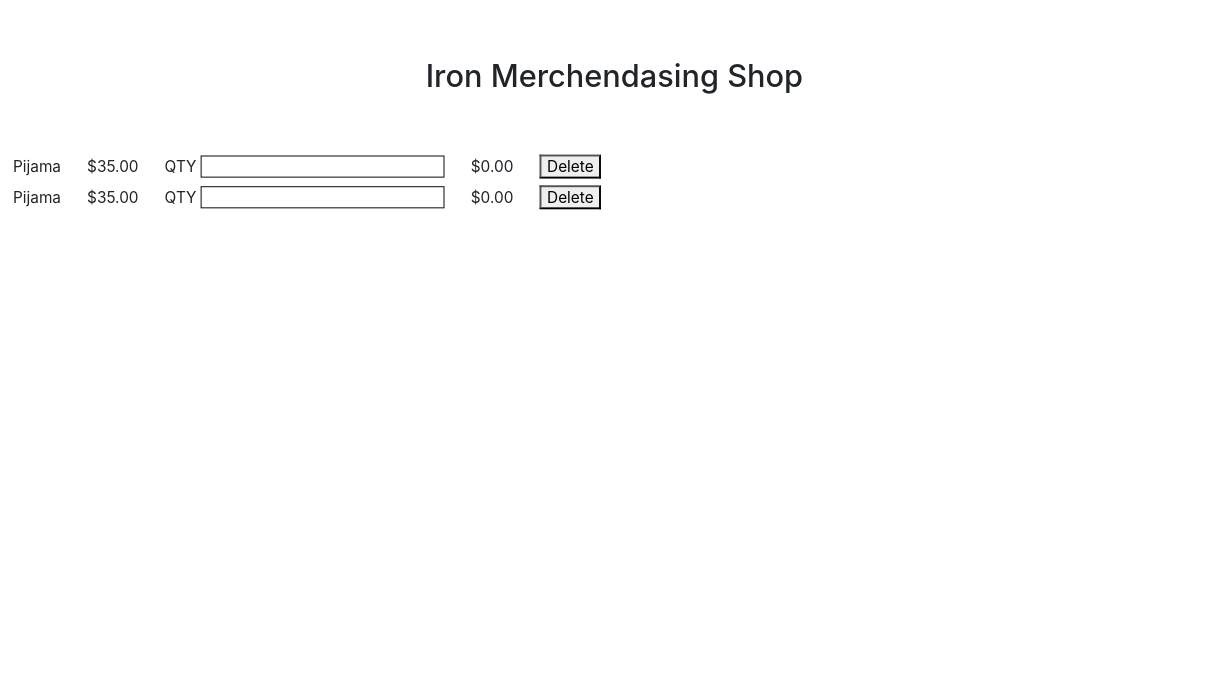
Repository: konstantin0s/lab-cart-DOM
Page: index.html
The author's editor kept a copy of each file at every save. The page is drawn from the files as they stood at one save, then again after the next save.
The browser window is 1280 px wide. The pictures show the whole page, at 96% of full size.
Some web libraries are served in a nearby version.

Above is the page before, as saved 2019-02-03 09:15:03.
Console error: TypeError: Cannot read properties of null (reading 'addEventListener')

After the next save:
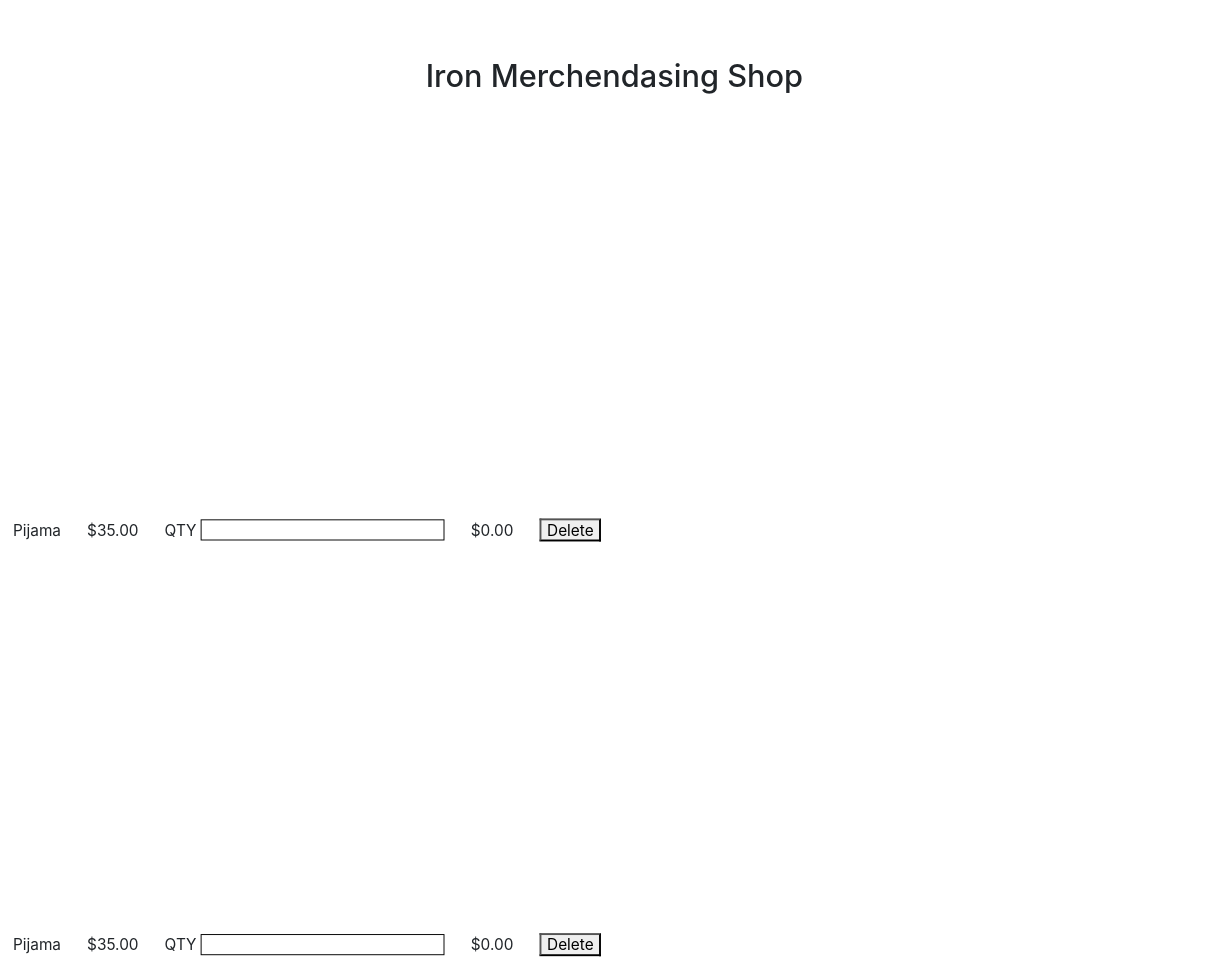
Saved 23 s later.
--- a/css/style.css
+++ b/css/style.css
@@ -51,7 +51,7 @@
   flex-direction: row;
   justify-content: space-around;
   width: 50%;
-  left: 400px;
+  margin-top: 400px;
 }
 
 .cost-1 {

After the save that followed:
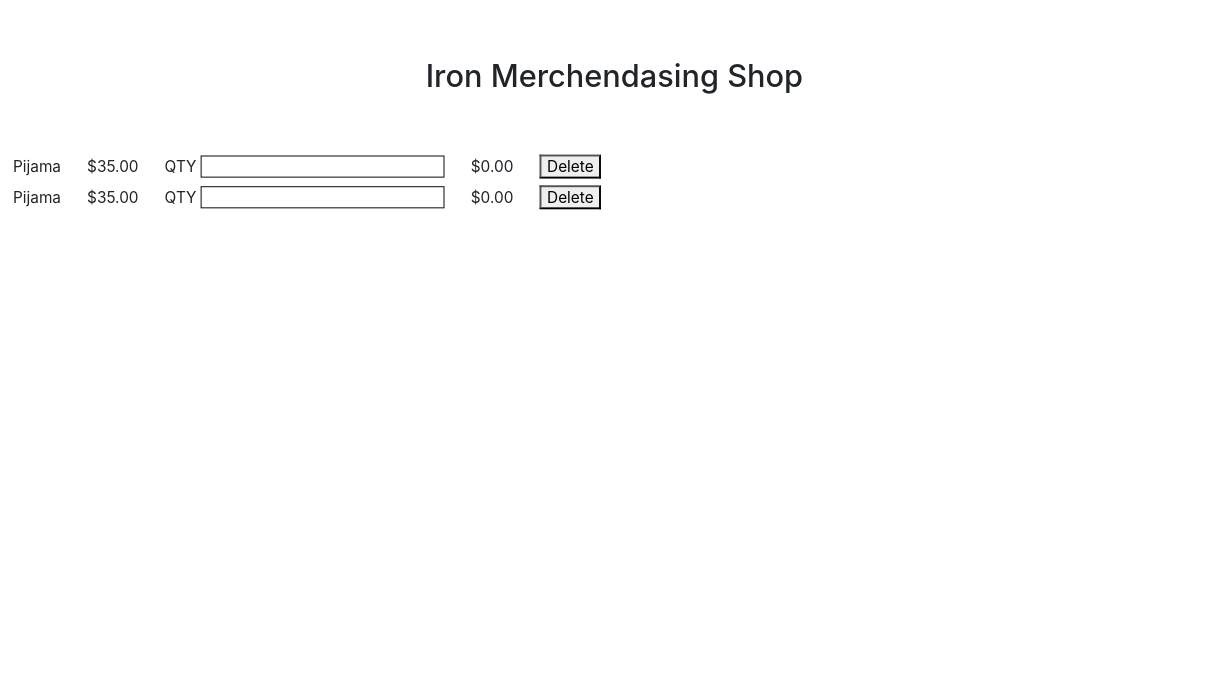
Saved 9 s later.
--- a/css/style.css
+++ b/css/style.css
@@ -51,7 +51,6 @@
   flex-direction: row;
   justify-content: space-around;
   width: 50%;
-  margin-top: 400px;
 }
 
 .cost-1 {
